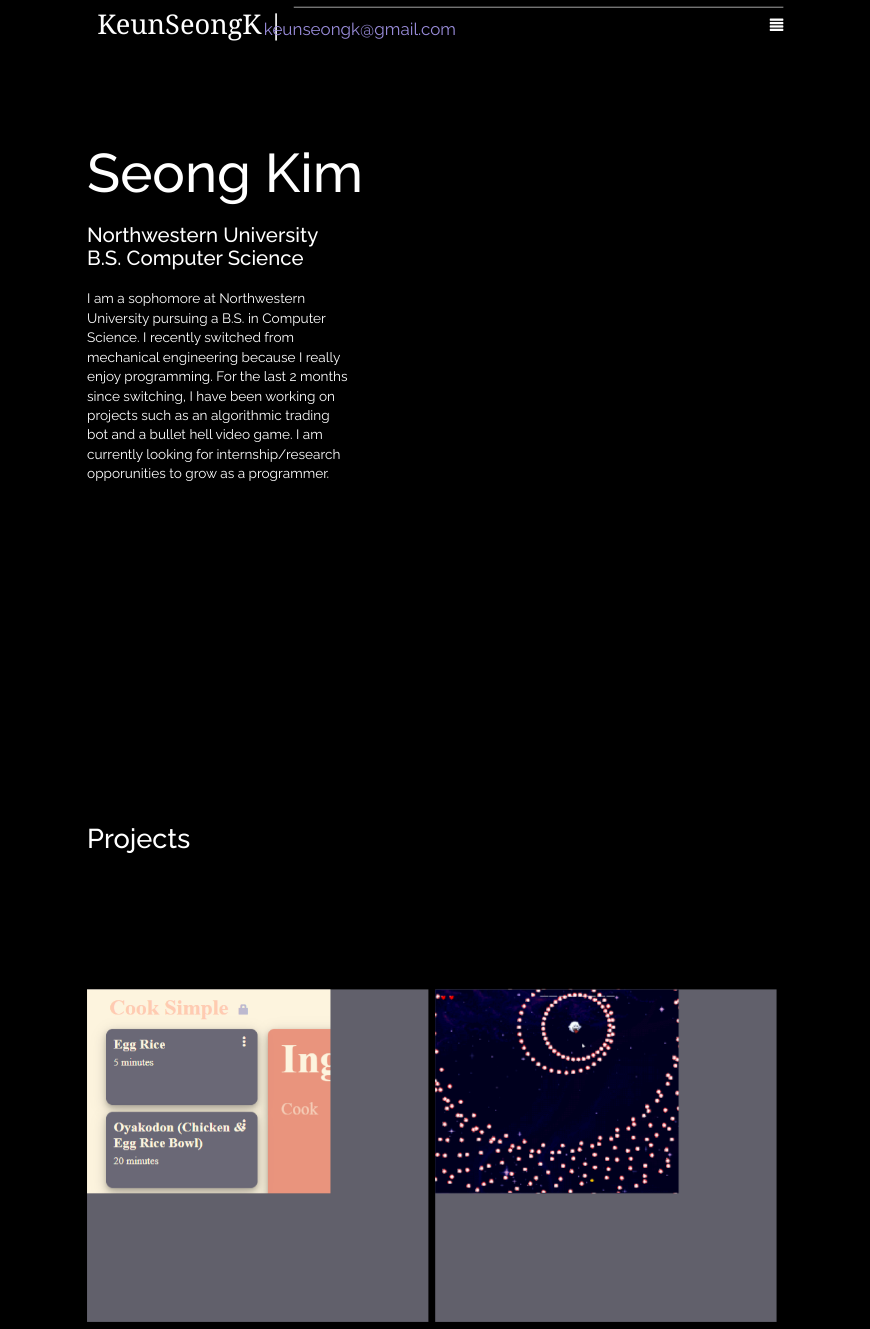
Repository: oqueuo/personal-site
Page: index.html
An editor plug-in stored every save of this project. The page is shown before and after the next save, followed by the edit.
The browser window is 1280 px wide. The pictures show the whole page, at 68% of full size.

Above is the page before, as saved 2020-09-21 18:07:07.

After the next save:
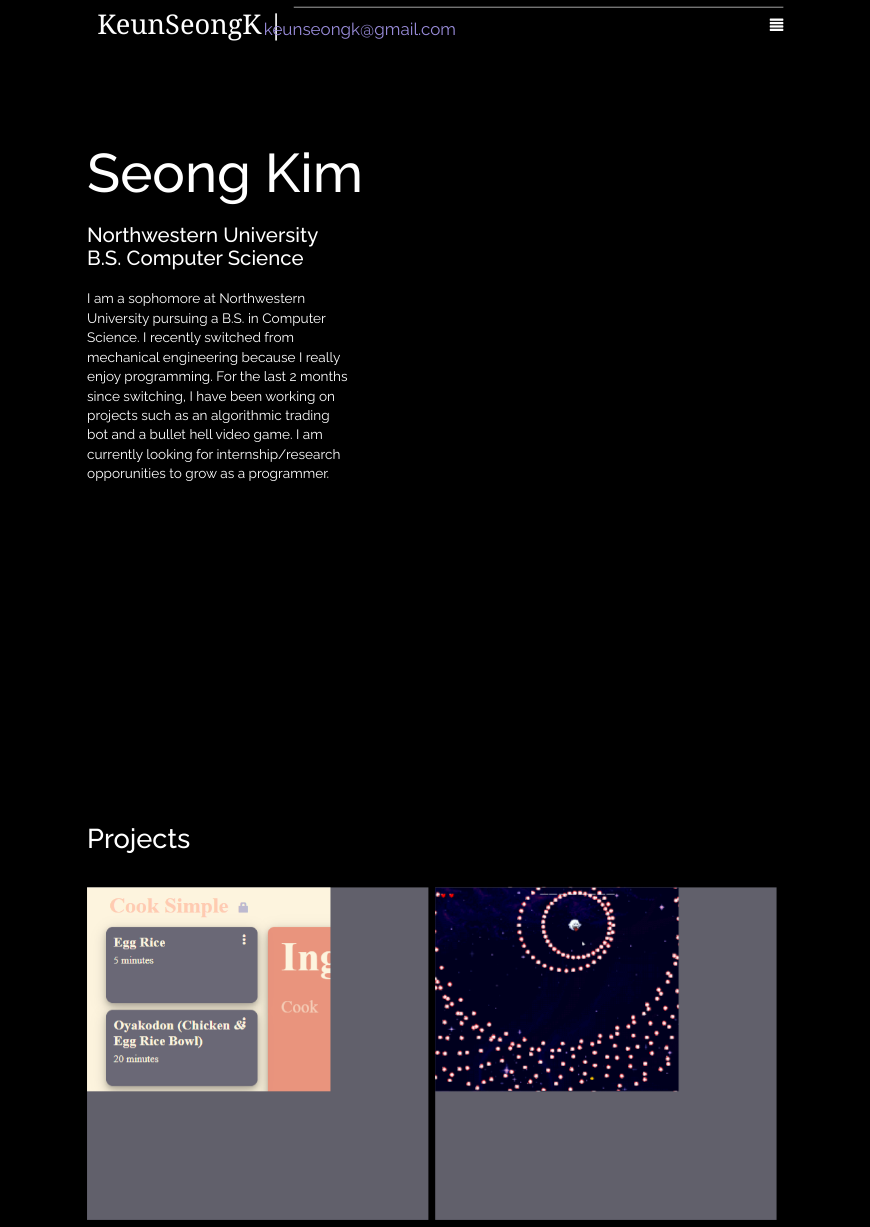
Saved 5 s later.
--- a/styles.css
+++ b/styles.css
@@ -97,7 +97,7 @@ ul a:active, #email:active, .more-info-on-github:active {
     font-size: 40px;
     color: white;
     margin-top: 500px !important;
-    margin-bottom: 200px !important;
+    margin-bottom: 50px !important;
 }
 #projects {
     display: flex;
